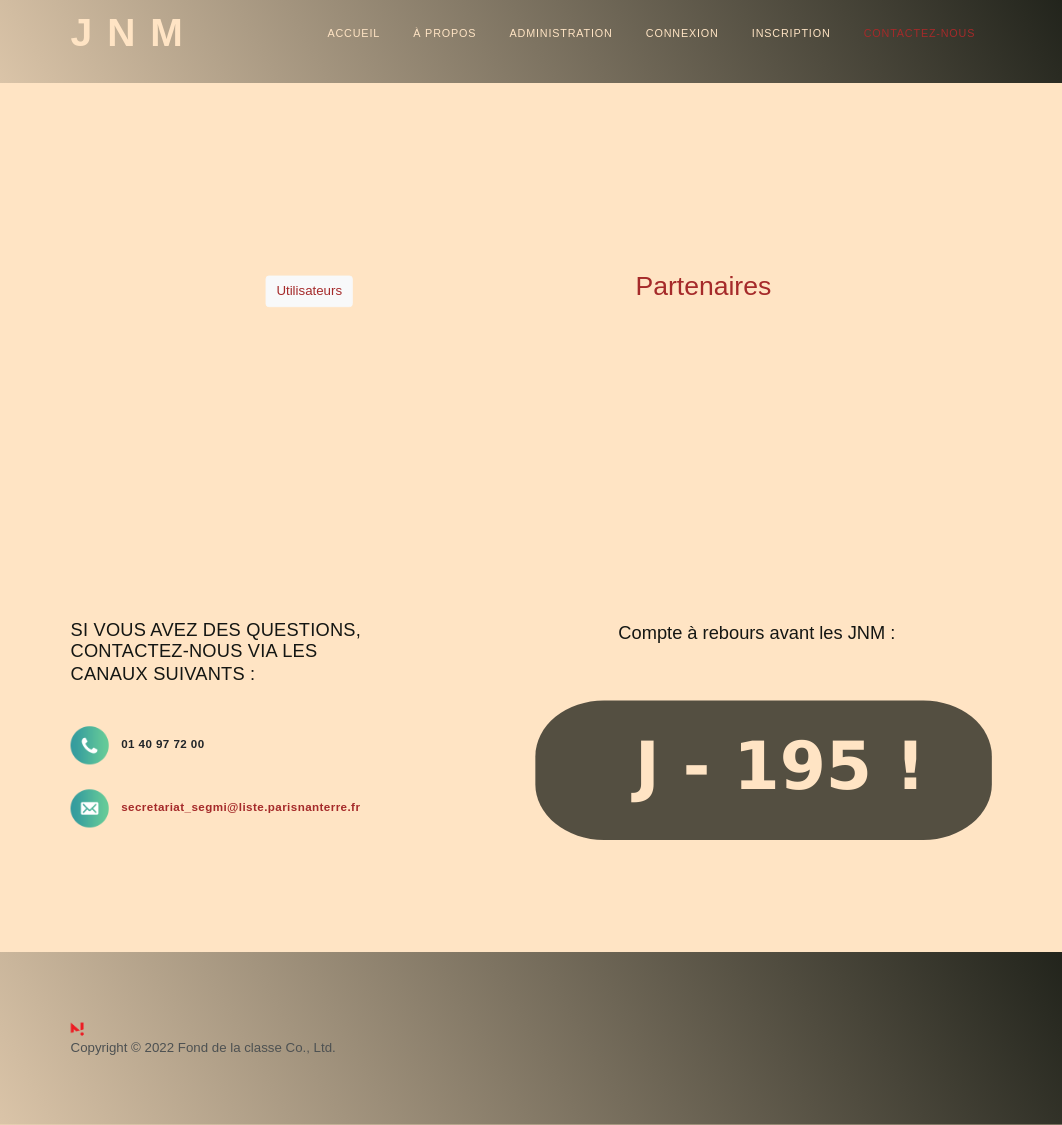
Repository: RiadNadri/ProjetWeb2022
Page: templates/Admin/admin.html.twig
An editor plug-in stored every save of this project. The page is shown before and after the next save, followed by the edit.
The browser window is 1280 px wide. The pictures show the whole page, at 83% of full size.
Some web fonts or font styles are not loaded; a fallback is used. The page is a Twig template of a Symfony application; nobody is signed in and links lead nowhere. The template is opened directly, without the code that normally fills it, so the values that code supplies are empty.

Above is the page before, as saved 2022-12-24 17:12:07.

After the next save:
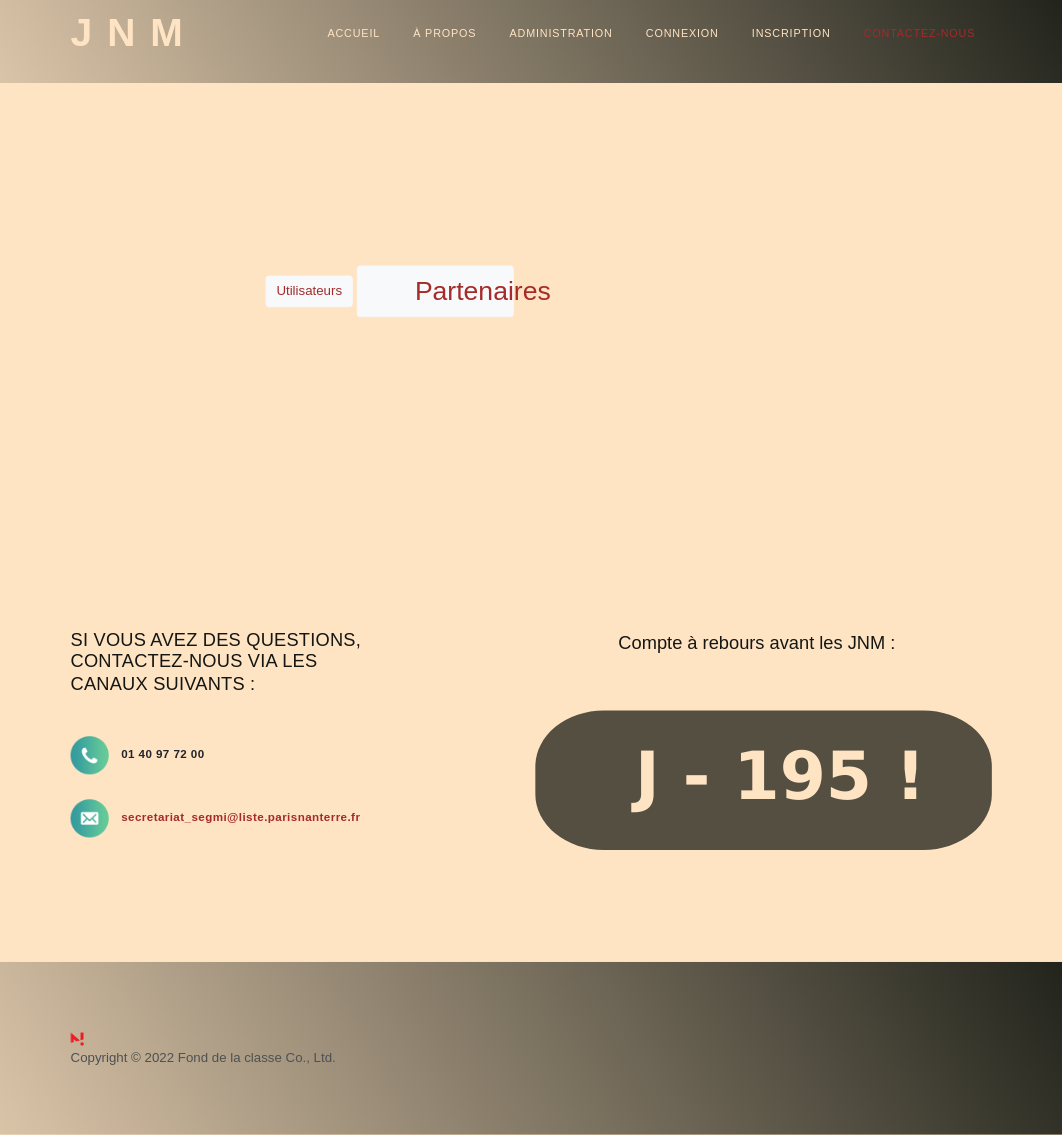
Saved 46 s later.
--- a/templates/Admin/admin.html.twig
+++ b/templates/Admin/admin.html.twig
@@ -21,6 +21,8 @@
     <div class="btn btn-light" >
         <a href="{{path('app_user')}}">Utilisateurs</a>
     </div>
-    <a class="buttonPartenaire" href="{{path('app_partenaire')}}">Partenaires</a>
+    <div class="btn btn-light" >
+        <a class="buttonPartenaire" href="{{path('app_partenaire')}}">Partenaires</a>
+    </div>
 </div>
 {% endblock %}
